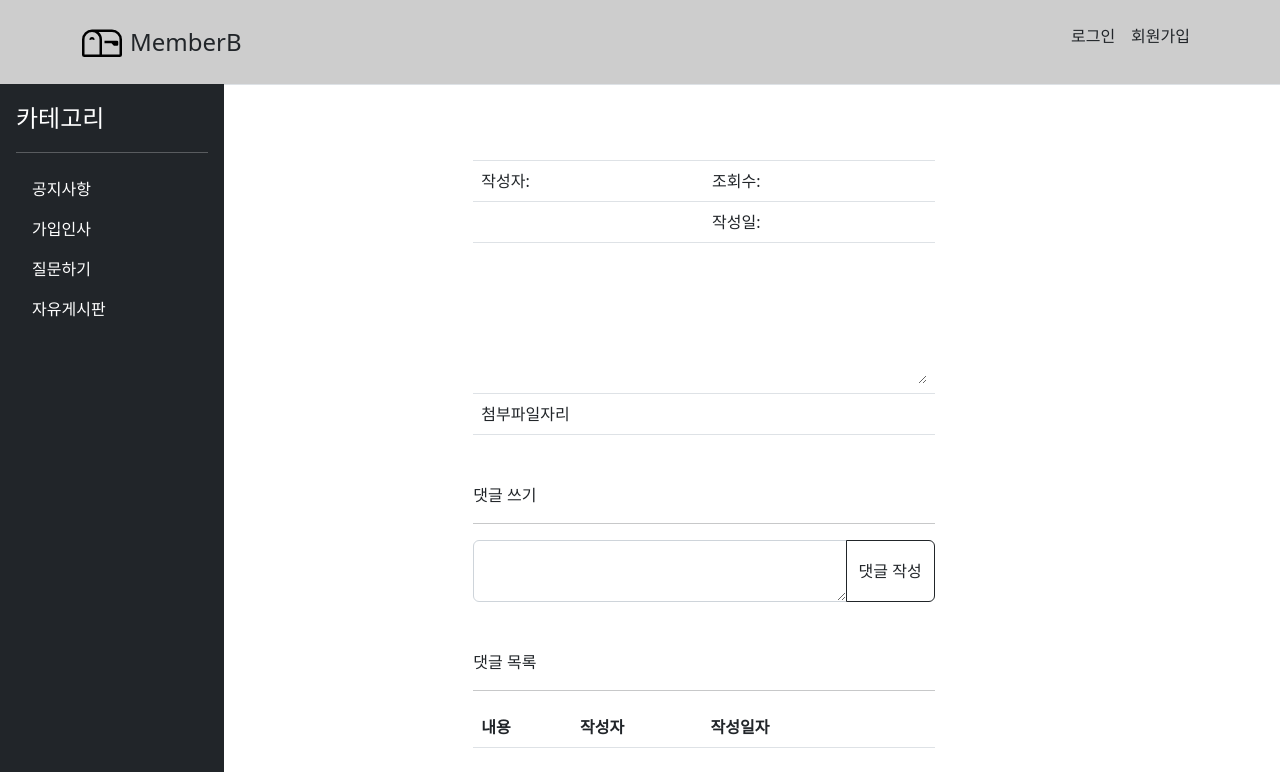
Repository: charmErin/board_220915
Page: http://localhost/board/WEB-INF/views/board/detail.jsp
The author's editor kept a copy of each file at every save. The page is drawn from the files as they stood at one save, then again after the next save.
The browser window is 1280 px wide. The pictures show the whole page.
Some web libraries are served in a nearby version. The page is served by Tomcat 9. Nobody is signed in. The template is opened directly, without the code that normally fills it, so the values that code supplies are empty.

Above is the page before, as saved 2022-09-16 07:45:39.

After the next save:
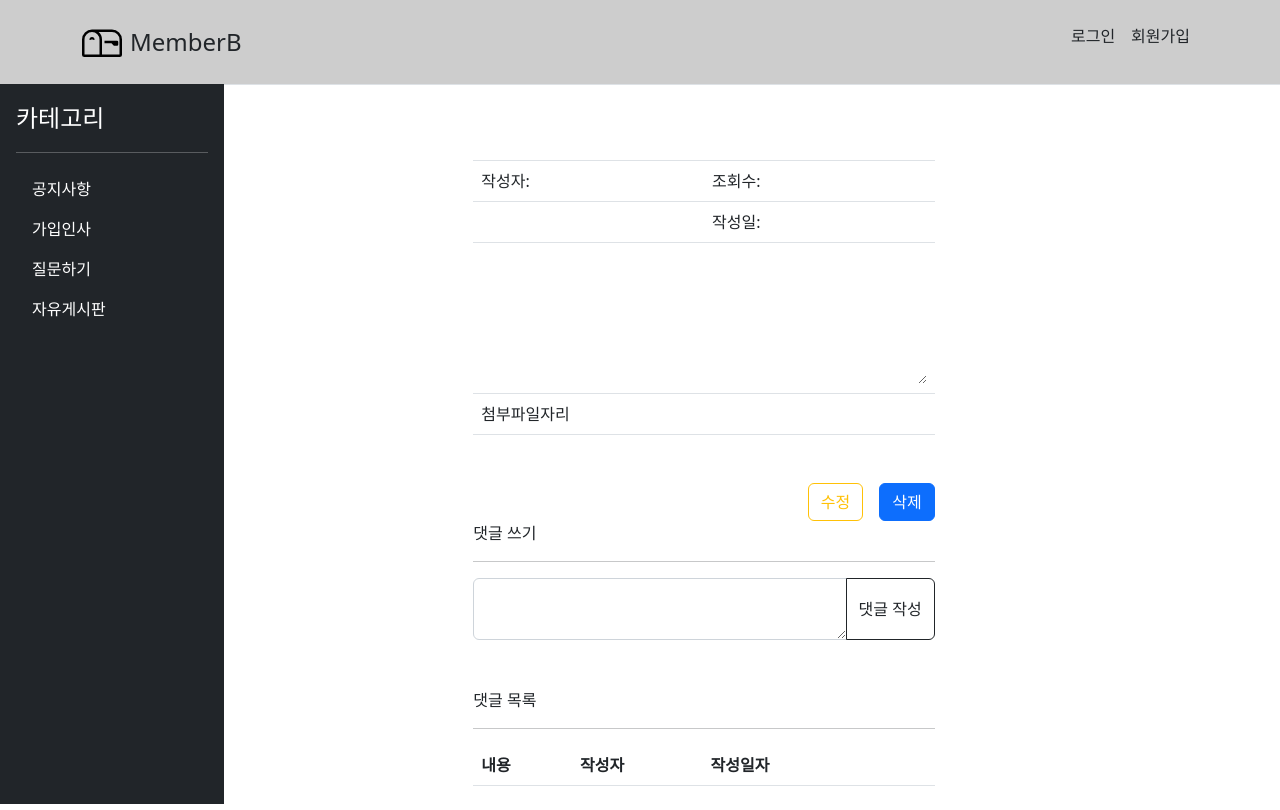
Saved 91 s later.
--- a/board/src/main/webapp/WEB-INF/views/board/detail.jsp
+++ b/board/src/main/webapp/WEB-INF/views/board/detail.jsp
@@ -44,6 +44,12 @@
 					<td colspan="2">첨부파일자리</td>
 				</tr>
 			</table>
+
+			<div class="d-grid gap-2 d-md-flex justify-content-md-end">
+			  <button class="btn btn-outline-warning me-md-2" type="button">수정</button>
+			  <button class="btn btn-primary" type="button">삭제</button>
+			</div>
+
 
 			<span>댓글 쓰기</span>
 			<hr>
